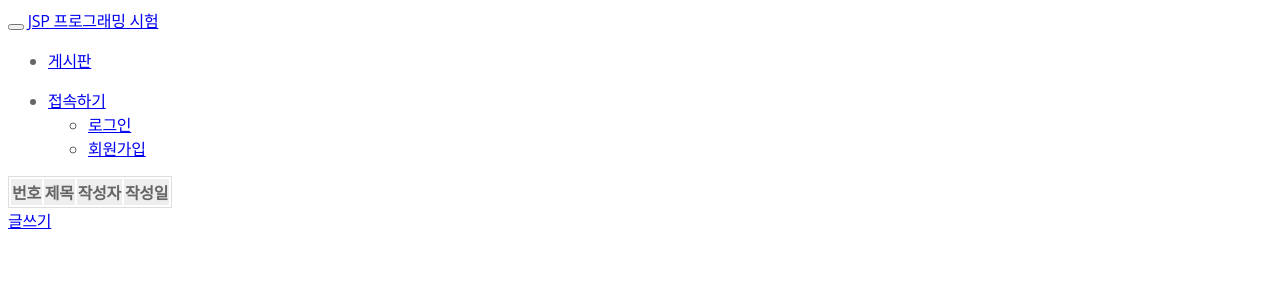
Repository: yujin149/noticeJSP
Page: http://localhost/BBS/bbs.jsp
The author's editor kept a copy of each file at every save. The page is drawn from the files as they stood at one save, then again after the next save.
The browser window is 1280 px wide. The pictures show the whole page.
Some web libraries are served in a nearby version. The page is served by Tomcat 9. Queries for data that is not in the repository find no rows.

Above is the page before, as saved 2024-11-29 02:18:46.

After the next save:
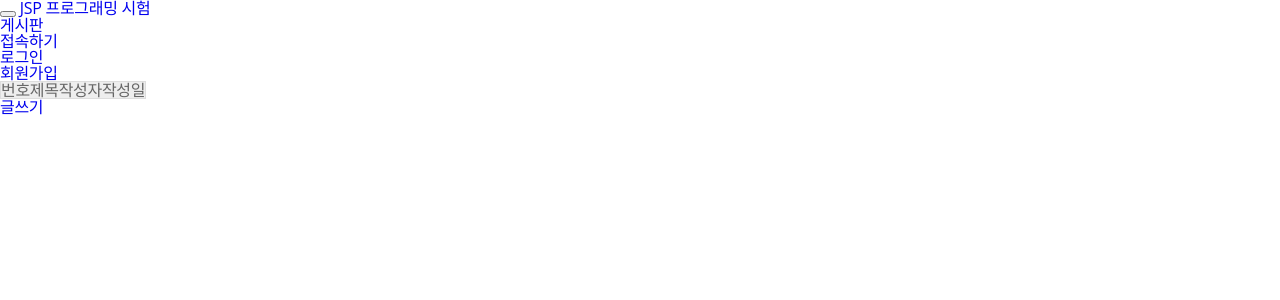
Saved 47 s later.
--- a/BBS/src/main/webapp/bbs.jsp
+++ b/BBS/src/main/webapp/bbs.jsp
@@ -9,6 +9,7 @@
 <head>
 <meta charset="UTF-8">
 <meta name="viewport" content="width=device-width" , initial-scale="1">
+<link rel="stylesheet" href="css/reset.css">
 <link rel="stylesheet" href="css/font.css">
 <link rel="stylesheet" href="css/style.css">
 <title>JSP 프로그래밍 시험</title>
